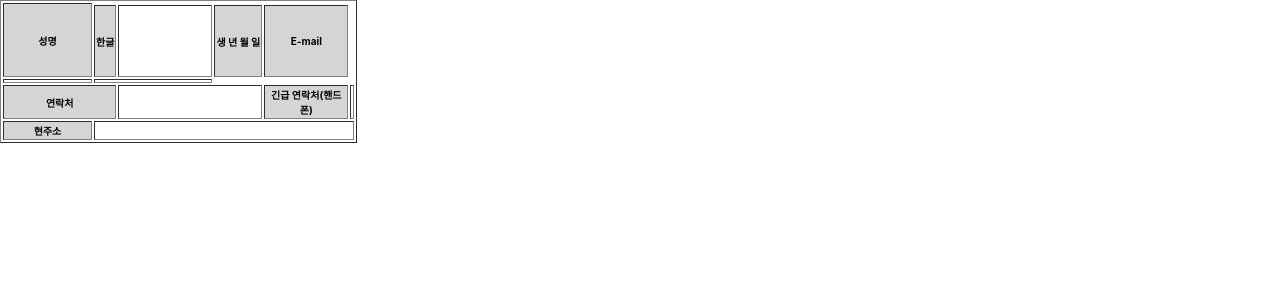
Repository: jiyeonyun/Resume
Page: / (app in resumes/)
The author's editor kept a copy of each file at every save. The page is drawn from the files as they stood at one save, then again after the next save.
The browser window is 1280 px wide. The pictures show the whole page.
The project was rebuilt for these pictures with package versions that can differ from the ones it lists, and the page was loaded fresh each time. Also part of the build but not shown: resumes/src/data/edudata.js, resumes/src/components/educationalHIstory/educational.jsx, resumes/src/components/footer/footer.jsx.

Above is the page before, as saved 2022-05-25 15:27:29.

### resumes/src/App.jsx
import { useState } from "react";
import styles from "./App.module.css";
import Educational from "./components/educationalHIstory/educational";
import Footer from "./components/footer/footer";
import PersonalInfo from "./components/personalInfo/personalInfo";
function App() {
  const [personalInfoData, setPersonalInfoData] = useState({
    name: "홍길동",
    birth: "1998-03-18",
    adress: "서울특별시 영등포구",
    email: "jyyun@zentropy.com",
    number: "010-2055-7663",
  });
  return (
    <div className="App">
      <PersonalInfo />
    </div>
  );
}

export default App;

### resumes/src/App.module.css
* {
  font-size: 10px;
}

### resumes/src/components/personalInfo/personalInfo.jsx
import React from "react";

const PersonalInfo = ({ personalInfoData }) => {
  return (
    <table border="1">
      <tr>
        <th rowSpan="2" width="85" height="70" bgcolor="D5D5D5">
          성명
        </th>
      </tr>
      <tr>
        <th bgcolor="D5D5D5">한글</th>
        <td width="90"></td>
        <th bgcolor="D5D5D5">생 년 월 일</th>
        <th colSpan="2" width="80" bgcolor="D5D5D5">
          E-mail
        </th>
      </tr>

      <tr>
        <td></td>
        <td colSpan="2"></td>
      </tr>
      <tr>
        <th colSpan="2" width="50" bgcolor="D5D5D5">
          연락처
        </th>
        <td colSpan="2"></td>
        <th colSpan="2" width="50" bgcolor="D5D5D5">
          긴급 연락처(핸드폰)
        </th>
        <td colSpan="2"></td>
      </tr>
      <tr>
        <th bgcolor="D5D5D5">현주소</th>
        <td colSpan="8"></td>
      </tr>
    </table>
  );
};

export default PersonalInfo;

Loaded but not shown: resumes/public/index.html (common file); resumes/src/index.js (common file); resumes/src/index.css (common file); resumes/src/reportWebVitals.js (common file)

After the next save:
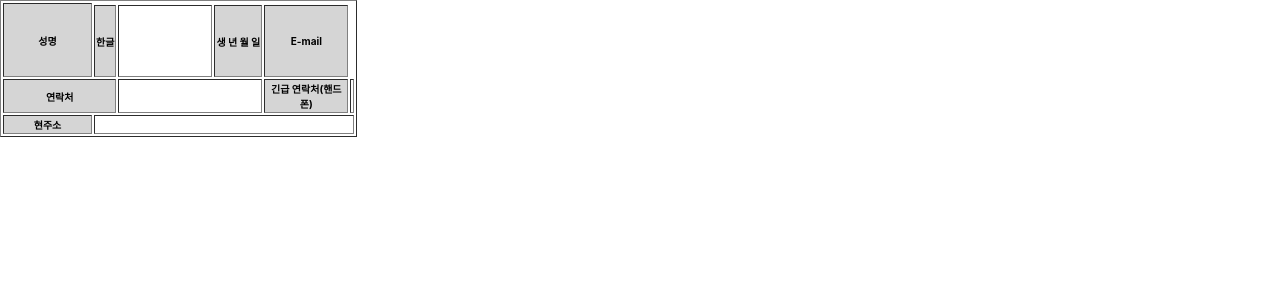
Saved 6 s later.
--- a/resumes/src/components/personalInfo/personalInfo.jsx
+++ b/resumes/src/components/personalInfo/personalInfo.jsx
@@ -15,11 +15,6 @@ const PersonalInfo = ({ personalInfoData }) => {
         <th colSpan="2" width="80" bgcolor="D5D5D5">
           E-mail
         </th>
-      </tr>
-
-      <tr>
-        <td></td>
-        <td colSpan="2"></td>
       </tr>
       <tr>
         <th colSpan="2" width="50" bgcolor="D5D5D5">
